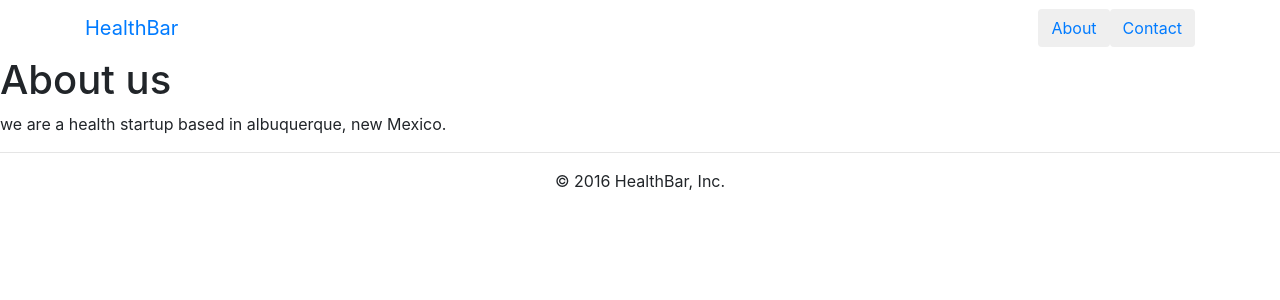
Repository: AdaLover/demoExpressApp
Page: views/contact.pug
An editor plug-in stored every save of this project. The page is shown before and after the next save, followed by the edit.
The browser window is 1280 px wide. The pictures show the whole page.
The page is served by the project's Node server (app.js). The template is opened directly, without the code that normally fills it, so the values that code supplies are empty.

Above is the page before, as saved 2018-01-29 18:33:07.

### views/contact.pug
extends layout

block content
 h1 About us
 p we are a health startup based in albuquerque, new Mexico.

### views/layout.pug
doctype html
html(lang="en")
  head
    title Jumbotron Template for Bootstrap
    link(rel="stylesheet" href="https://maxcdn.bootstrapcdn.com/bootstrap/4.0.0/css/bootstrap.min.css" integrity="sha384-Gn5384xqQ1aoWXA+058RXPxPg6fy4IWvTNh0E263XmFcJlSAwiGgFAW/dAiS6JXm" crossorigin="anonymous")
  body
    nav.navbar.navbar-inverse.navbar-fixed-top
      .container
        .navbar-header
          a.navbar-brand(href="/") HealthBar
        #navbar
            button.btn
             a(href="about") About
            button.btn
             a(href="contact") Contact
    block content
    hr
    footer
     p(class='text-center') © 2016 HealthBar, Inc.

### app.js
const express = require('express');
const path  =  require('path');
const bodyParser = require('body-parser');
const nodemailer = require('nodemailer');

const app = express();

app.use(bodyParser.json());
app.use(bodyParser.urlencoded({'extended':false}));

app.set('views', path.join(__dirname,'views'));
app.set('view engine','pug');

app.get('/',(req,rew)=>{
    rew.render('index');
});
app.get('/about',(req,rew)=>{
    rew.render('about');
});
app.get('/Contact',(req,rew)=>{
    rew.render('Contact');
});
app.listen(5000);
console.log("server running on port 5000.");

After the next save:
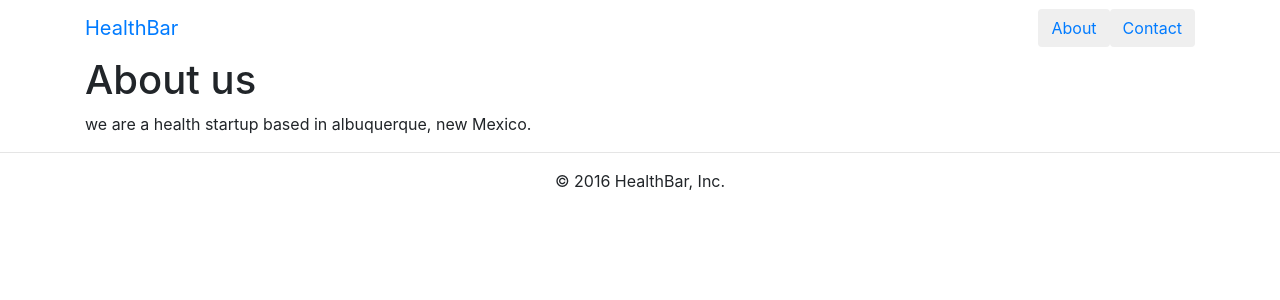
Saved 21 s later.
--- a/views/contact.pug
+++ b/views/contact.pug
@@ -1,5 +1,6 @@
 extends layout
 
 block content
- h1 About us
- p we are a health startup based in albuquerque, new Mexico.
+ .container
+  h1 About us
+  p we are a health startup based in albuquerque, new Mexico.
